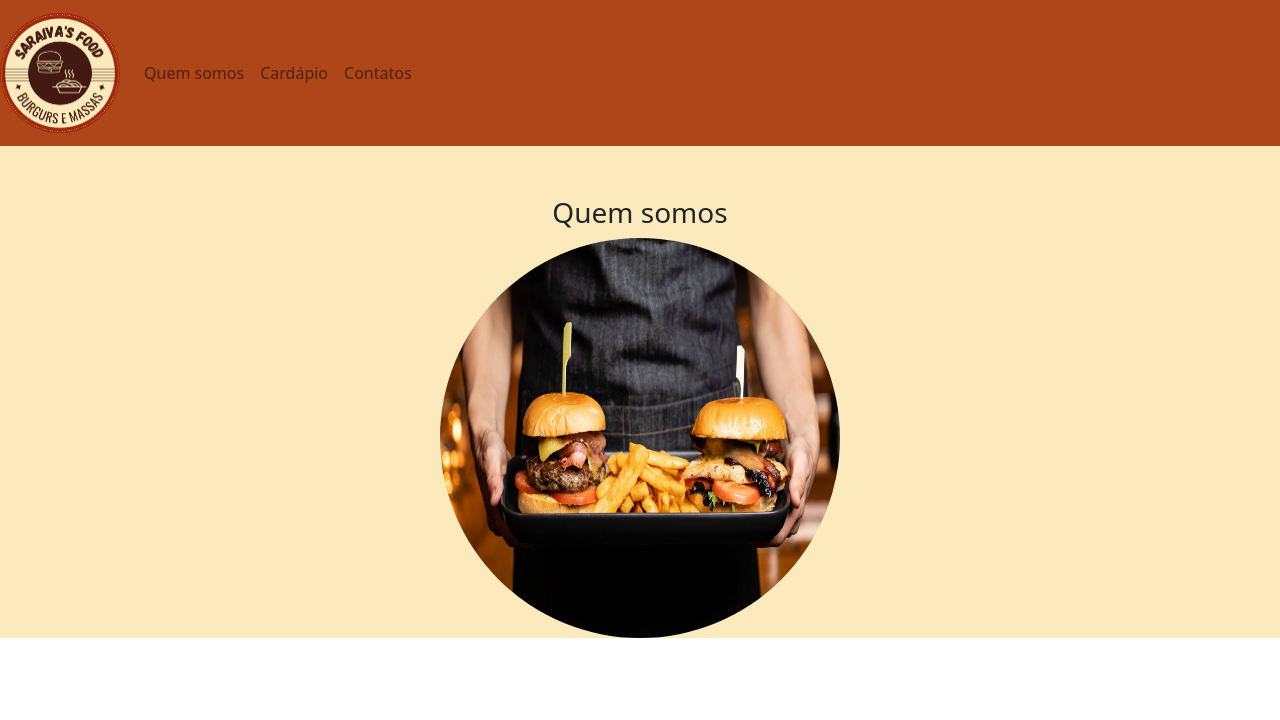
Repository: Tuanemendes/curso_bootstrap
Page: projeto1/index.html
An editor plug-in stored every save of this project. The page is shown before and after the next save, followed by the edit.
The browser window is 1280 px wide. The pictures show the whole page.

Above is the page before, as saved 2022-04-04 16:46:38.

### projeto1/index.html
<!DOCTYPE html>
<html lang="pt-br">

<head>
    <title>Saraiva's</title>
    <meta charset="utf-8">
     <link href="https://cdn.jsdelivr.net/npm/bootstrap@5.1.3/dist/css/bootstrap.min.css" rel="stylesheet" integrity="sha384-1BmE4kWBq78iYhFldvKuhfTAU6auU8tT94WrHftjDbrCEXSU1oBoqyl2QvZ6jIW3" crossorigin="anonymous">
        <link rel=" stylesheet" type="text/css" href="/css/style.css">
</head>

<body>
    <nav class="navbar navbar-expand-lg navbar-light">
        <a class="navbar-brand" href="#">
            <img src="/img/saraivasfood.png" alt="logo" width="120" height="120">
        </a>
        <div class="collapse navbar-collapse">
            <ul class="navbar-nav">
                <li class="nav-item">
                    <a class="nav-link " href="#"> Quem somos </a>
                </li>
                <li class="nav-item">
                    <a class="nav-link " href="#"> Cardápio </a>
                </li>
                <li class="nav-item">
                    <a class="nav-link " href="#"> Contatos </a>
                </li>
            </ul>
        </div>
    </nav>

    <section id="quemsomos">
        <div class="container-fluid quem-somos text-center margin">
            <h3>Quem somos</h3>
            <img src="/img/FICHA-TECNICA-PARA-HAMBURGUERIA-DICA.jpg" class="rounded-circle" alt="burgueria" width="400" height="400">
        </div>
    </section>
</body>

</html>

### css/style.css
.navbar{
    background-color: #ae4619;

}
.quem-somos{
    background-color: #fceabc;

}
.margin{
    padding-top:50px;

}

After the next save:
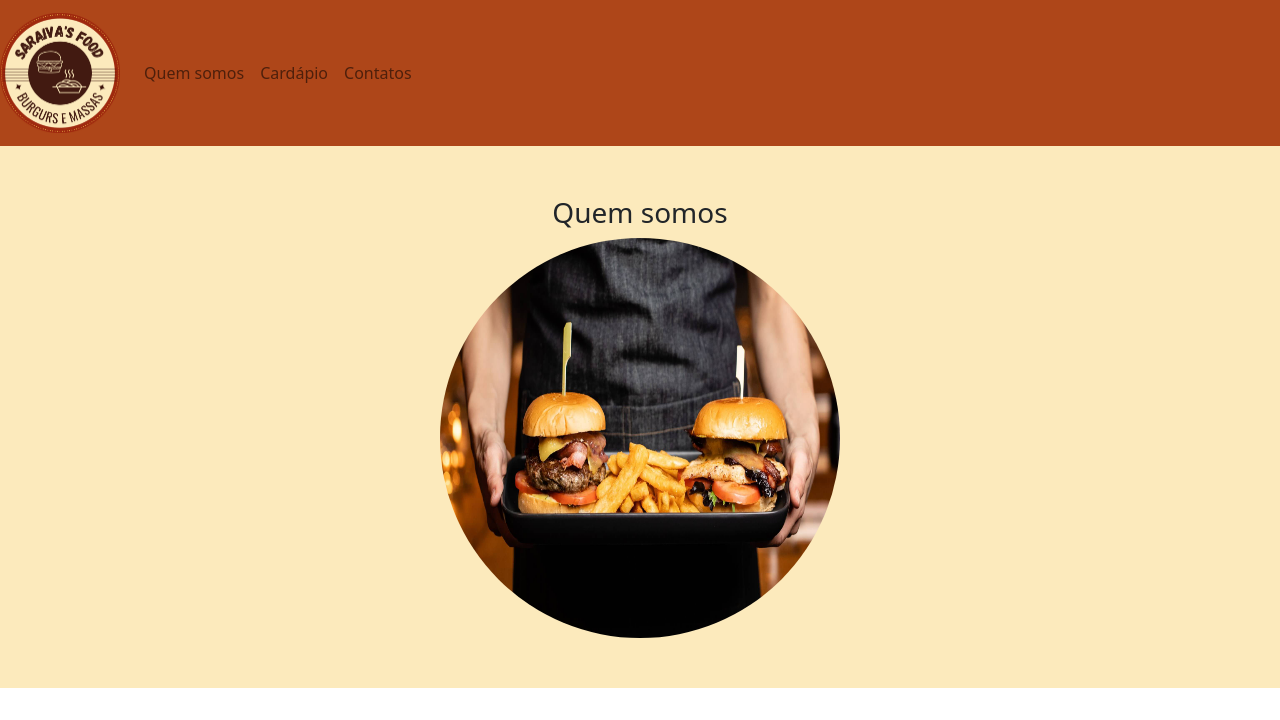
Saved 72 s later.
--- a/css/style.css
+++ b/css/style.css
@@ -8,5 +8,6 @@
 }
 .margin{
     padding-top:50px;
+    padding-bottom: 50px;
 
 }
